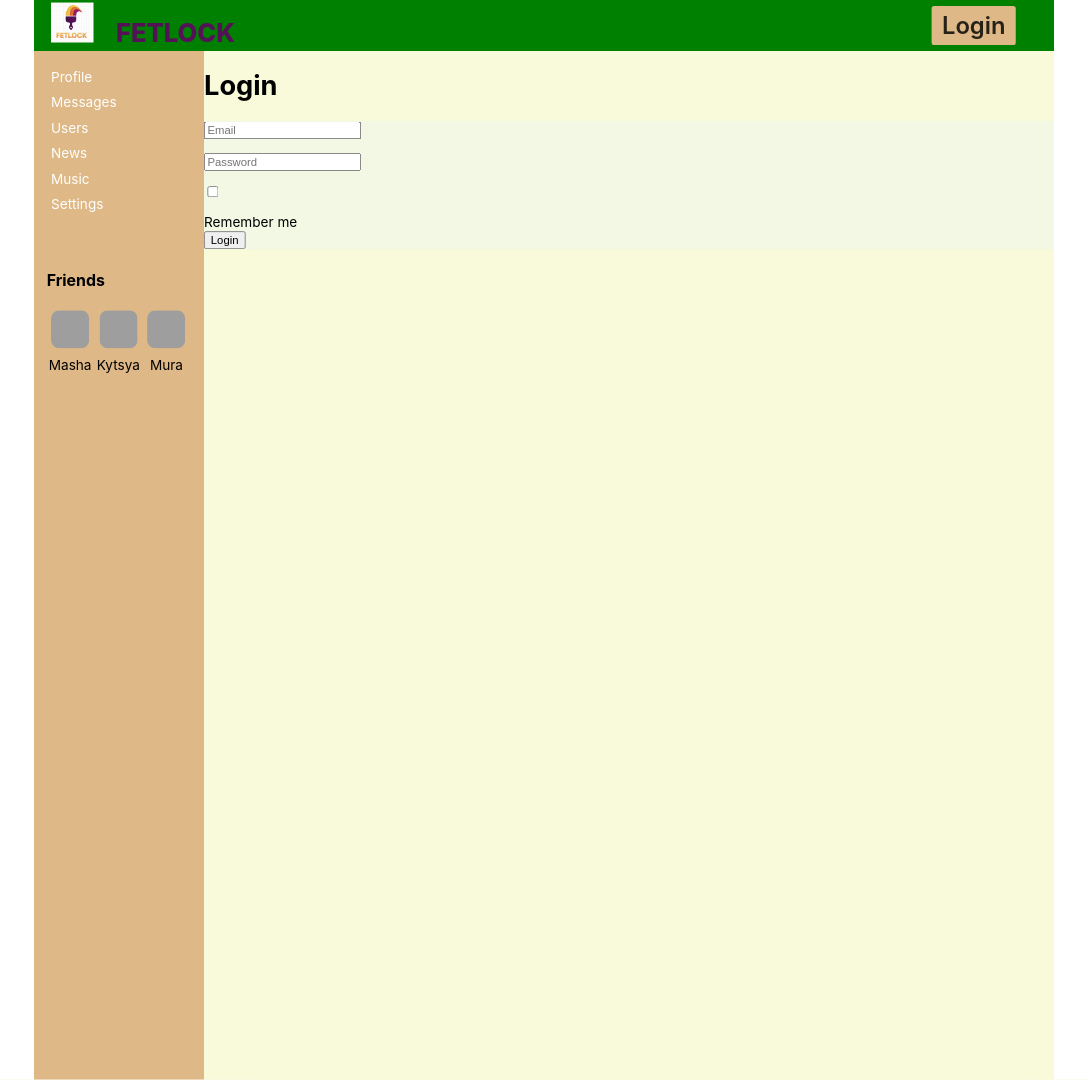
Repository: tetianatsymbal/react-way-of-samurai
Page: /dialogs
These files come from the project's save history. The page is drawn as it stood at one moment and after the next save; the edit follows.
The browser window is 1280 px wide. The pictures show the whole page, at 85% of full size.
Pictures or frames that could not be fetched are drawn as grey boxes. The page's requests for data from a server got no answer. The project was rebuilt for these pictures with package versions that can differ from the ones it lists, and the page was loaded fresh each time. No one was signed in, and anything a server would have sent is missing. Also part of the build but not shown: src/components/Dialogs/Dialogs.module.css, src/components/Dialogs/DialogItem/DialogItem.module.css, src/components/Dialogs/DialogItem/DialogItem.jsx, src/components/Dialogs/Message/Message.module.css, src/components/Dialogs/Message/Message.jsx, src/components/Dialogs/AddMessageForm/AddMessageForm.module.css, src/components/Dialogs/AddMessageForm/AddMessageForm.jsx, src/components/Dialogs/Dialogs.jsx and 18 more.

Above is the page before, as saved 2022-08-22 14:01:00.

### src/index.js
import * as serviceWorker from "./serviceWorker";
import store from "./redux/redux-store";
import React from "react";
import ReactDOM from "react-dom";
import "./index.css";
import App from "./App";
import { BrowserRouter } from "react-router-dom";
import { Provider } from "react-redux";

ReactDOM.render(
  <BrowserRouter>
    <Provider store={store}>
      <App/>
    </Provider>
  </BrowserRouter>,
  document.getElementById("root")
);

// If you want your app to work offline and load faster, you can change
// unregister() to register() below. Note this comes with some pitfalls.
// Learn more about service workers: http://bit.ly/CRA-PWA
serviceWorker.unregister();

### src/redux/redux-store.js
import { applyMiddleware, combineReducers, legacy_createStore as createStore } from "redux";
import profileReducer from "./profile-reducer";
import dialogsReducer from "./dialogs-reducer";
import sidebarReducer from "./sidebar-reducer";
import usersReducer from "./users-reducer";
import authReducer from "./auth-reducer";
import thunkMiddleware from "redux-thunk";
import { reducer as formReducer } from 'redux-form';

let reducers = combineReducers({
   profilePage: profileReducer,
   dialogsPage: dialogsReducer,
   sidebar: sidebarReducer,
   usersPage: usersReducer,
   auth: authReducer,
   form: formReducer,
});
let store = createStore(reducers, applyMiddleware(thunkMiddleware));

window.store =store;

export default store;

### src/App.js
import React from "react";
import "./App.css";
import DialogsContainer from "./components/Dialogs/DialogsContainer";
import HeaderContainer from "./components/Header/HeaderContainer";
import Music from "./components/Music/Music";
import Navbar from "./components/Navbar/Navbar";
import News from "./components/News/News";
import Settings from "./components/Settings/Settings";
import SidebarContainer from "./components/Sidebar/SidebarContainer";
import UsersContainer from "./components/Users/UsersContainer";
import { Route, Routes } from "react-router-dom";
import ProfileContainer from "./components/Profile/ProfileContainer";
import LoginPage from "./components/Login/Login";

const App = (props) => {
  return (
    <div className="app-wrapper">
      <HeaderContainer />
      <Navbar />
      <SidebarContainer/>
      <div className="app-wrapper-content">
        <Routes>
          <Route
            path="/dialogs/*"
            element={<DialogsContainer />} />
          <Route
            path="/profile"
            element={<ProfileContainer key={1} />} exact/>
          <Route
            path="/profile/:userId"
            element={<ProfileContainer key={2} />} />
          <Route path="/users/*" element={<UsersContainer />} />
          <Route path="/news/*" element={<News />} />
          <Route path="/music/*" element={<Music />} />
          <Route path="/login/*" element={<LoginPage />} />ы
          <Route path="/settings/*" element={<Settings />} />

        </Routes>
      </div>
    </div>
  );
};

export default App;

### src/redux/profile-reducer.js
import {profileAPI, usersAPI} from '../api/api';

const ADD_POST = "ADD-POST";
const SET_USER_PROFILE = "SET_USER_PROFILE";
const SET_STATUS = "SET_STATUS";

let initialState = {
  posts: [
    { id: 1, message: "Hi! How are you?", likeCount: 12 },
    { id: 2, message: "Hello! It's my first post!", likeCount: 7 },
    { id: 3, message: "Hi! Have a good day!!!", likeCount: 23 },
    { id: 4, message: "Have a good day!!!", likeCount: 190 },
  ],
  profile: null,
  status: "",
};


const profileReducer = (state = initialState, action) => {
  switch (action.type) {
    case ADD_POST:{
      let newPost = {
        id: 5,
        message: action.newPostText,
        likeCount: 0,
      };
      return {
        ...state,
        posts: [...state.posts, newPost],
        newPostText: ""
      };
    }

    case SET_STATUS:{
      return {
        ...state,
        status: action.status,
      };
    }
    case SET_USER_PROFILE:{
      return {
        ...state,
        profile: action.profile,
      };
    }


    default:
      return state;
  }
};

export const addPostActionCreator = (newPostText) => ({type: ADD_POST, newPostText});
export const setUserProfile = (profile) => ({type: SET_USER_PROFILE, profile});
export const setStatus = (status) => ({type: SET_STATUS, status});

export const getUserProfileThunk = (userId) => {
  return (dispatch) => {
    usersAPI.getProfile(userId)
    .then(response => {
      dispatch(setUserProfile(response.data));
    });
  }
};

export const getStatusThunk = (userId) => (dispatch) => {
  profileAPI.getStatus(userId)
  .then(response => {
    dispatch(setStatus(response.data))
  });
}
export const updateStatusThunk = (status) => (dispatch) => {
  profileAPI.updateStatus(status)
  .then(response => {
    if(response.data.resultCode === 0) {
      dispatch(setStatus(status))
    }
  });
}

export default profileReducer;

### src/redux/dialogs-reducer.js
const SEND_MESSAGE = "SEND-MESSAGE";

let initialState = {
  messages: [
    { id: 1, message: "Do you like React?" },
    { id: 2, message: "Everything will be ok!" },
    { id: 3, message: "Hi here! It's new opportunity for you!" },
    { id: 4, message: "Hi! It's for you!" },
  ],
  dialogs: [
    { id: 1, name: "Tanya" },
    { id: 2, name: "Olezhychka" },
    { id: 3, name: "Kytsya" },
    { id: 4, name: "Mura" },
  ]
}
const dialogsReducer = (state = initialState, action) => {
  switch (action.type) {
    case SEND_MESSAGE:
      return {
        ...state,
        messages: [...state.messages, {id: 6, message: action.newMessageBody}]
      };

    default:
      return state;
  }
};

export const sendMessageActionCreator = (newMessageBody) => ({type: SEND_MESSAGE, newMessageBody});

export default dialogsReducer;

### src/redux/sidebar-reducer.js
let initialState = {
  friends: [
    {
      id: 1,
      name: "Masha",
      src:
        "https://i.pinimg.com/564x/69/f7/50/69f7503539aa89c9c116e9ae1b240b57.jpg",
    },
    {
      id: 2,
      name: "Kytsya",
      src:
        "https://i.pinimg.com/564x/10/5e/af/105eaf02df542edc165dca355862c08b.jpg",
    },
    {
      id: 3,
      name: "Mura",
      src:
        "https://i.pinimg.com/564x/a7/8c/b8/a78cb811d0a73b880364de2886ad41c6.jpg",
    }
  ]
};
const sidebarReducer = (state = initialState, action) => {
  return state;
};
export default sidebarReducer;

### src/redux/auth-reducer.js
import { stopSubmit } from "redux-form";
import { authAPI } from "../../src/api/api"

const SET_USER_DATA = "ADD-SET_USER_DATA";

let initialState = {
  id: null,
  email: null,
  login: null,
  isAuth: false
  // isFetching: false,
};


const authReducer = (state = initialState, action) => {
  switch (action.type) {
    case SET_USER_DATA:{
      return {
        ...state,
        ...action.payload
      }
    }



    default:
      return state;
  }
};

export const setAuthUserData = (id, email, login, isAuth) => ({type: SET_USER_DATA, payload: {id, email, login, isAuth}});

export const getAuthThunk = () => {
  return (dispatch) => {
    authAPI.getAuth()
    .then(data => {
        if (data.resultCode === 0) {
            let {id, email, login} = data.data;
            dispatch(setAuthUserData(id, email, login, true));
        }
    });
  }
};


export const login = (email, password, rememberMe) => (dispatch)=>{
  let action = stopSubmit("login", {_error: "Please, check your login or email."});
  dispatch(action);
  return;
  return (dispatch) => {
    authAPI.login(email, password, rememberMe)
    .then(data => {
        if (data.resultCode === 0) {
            dispatch(getAuthThunk());
        }
    });
  }
};

export const logout = () => (dispatch) => {
  return (dispatch) => {
    authAPI.logout()
    .then(data => {
        if (data.resultCode === 0) {
          dispatch(setAuthUserData(null, null, null, false));
        }
    });
  }
};



export default authReducer;

### src/App.css
.app-wrapper {
  margin: 0 auto;
  display: grid;
  width: 1200px;
  grid-template-areas:
  "h h"
  "n c"
  "s c";

   grid-template-rows: 60px 2fr 9fr;
    grid-template-columns: 2fr 10fr;
    /* grid-gap: 10px; */

}
.nav {
  grid-area: n;
  background-color: burlywood;
}
.app-wrapper-content {
  grid-area: c;
  background-color: rgb(248, 250, 218);
}
.sidebar {
  grid-area: s;
}

### src/components/Dialogs/DialogsContainer.jsx
import React from 'react';
import { connect } from "react-redux";
import { compose } from 'redux';
import { withAuthRedirect } from "../../hoc/withAuthRedirect";
import {sendMessageActionCreator} from "../../redux/dialogs-reducer";
import Dialogs from "./Dialogs";

let mapStateToProps = (state) => {
  return {
    dialogsPage: state.dialogsPage
  }
}

let mapDispatchToProps = (dispatch) => {
  return {
    sendMessage: (newMessageBody) => {
      dispatch(sendMessageActionCreator(newMessageBody));
    }
  }
}

// let AuthRedirectComponent = withAuthRedirect(Dialogs);

// const DialogsContainer = connect(mapStateToProps, mapDispatchToProps)(AuthRedirectComponent);

export default compose(
  connect(mapStateToProps, mapDispatchToProps),
  withAuthRedirect
)(Dialogs);
// check maybe should be DialogsContainer in () 32 row

### src/components/Header/HeaderContainer.jsx
import React from 'react';
import Header from './Header';
import { connect } from 'react-redux';
import { getAuthThunk, logout } from '../../redux/auth-reducer';


class HeaderContainer extends React.Component {

    componentDidMount(){
        this.props.getAuthThunk();

    }
    render() {
        return <Header {...this.props}/>
    }
}

const mapStateToProps = (state) => {
    return {
        isAuth: state.auth.isAuth,
        login: state.auth.login
    }
};

export default connect(mapStateToProps, {getAuthThunk, logout})(HeaderContainer);

### src/components/Navbar/Navbar.jsx
import React from 'react';
import s from './Navbar.module.css';
import { NavLink } from 'react-router-dom';

const Navbar = () => {
    return <nav className={s.nav}>
        <div className={s.item}>
            <NavLink to="/profile" className = { navData => navData.isActive ? s.active : s.item }>Profile</NavLink>
        </div>
        <div className={`${s.item} ${s.active}`}>
            <NavLink to="/dialogs" className = { navData => navData.isActive ? s.active : s.item }>Messages</NavLink>
        </div>
        <div className={s.item}>
            <NavLink to="/users" className = { usersData => usersData.isActive ? s.active : s.item }>Users</NavLink>
        </div>
        <div className={s.item}>
            <NavLink to="/news" className = { navData => navData.isActive ? s.active : s.item }>News</NavLink>
        </div>
        <div className={s.item}>
            <NavLink to="/music" className = { navData => navData.isActive ? s.active : s.item }>Music</NavLink>
        </div>
        <div className={s.item}>
            <NavLink to="/settings" className = { navData => navData.isActive ? s.active : s.item }>Settings</NavLink>
        </div>
    </nav>
}

export default Navbar;

### src/components/Sidebar/SidebarContainer.jsx
import {connect} from "react-redux";
import Sidebar from "./Sidebar"

const mapStateToProps = (state) => {
  return {
    sidebar: state.sidebar,
  }
};
// const mapDispatchToProps = (dispatch) => {
//   return {
//     null
//   }
// };

const SidebarContainer = connect(mapStateToProps, null)(Sidebar)

export default SidebarContainer;

### src/components/Login/Login.jsx
import React from "react";
import { connect } from "react-redux";
import { Field, reduxForm } from "redux-form";
import { required } from "../../utils/validators/validator";
import { Input } from "../common/FormsControls/FormsControls";
import { login } from "../../redux/auth-reducer";
import { Navigate } from "react-router-dom";
import style from "./../common/FormsControls/FormsControls.module.css"

const LoginForm = (props) => {
  return (
   <form onSubmit={props.handleSubmit} className={style.loginForm}>
      <div>
         <Field placeholder={"Email"} name={"email"} component={Input} validate={[required]}/>
      </div>
      <div>
         <Field placeholder={"Password"} name={"password"} component={Input} validate={[required]} type="password"/>
      </div>
      <div>
         <Field name={"rememberMe"} type={"checkbox"} component={Input} /> <span>Remember me</span>
      </div>
      { props.error && <div className={style.formSummaryError}>{props.error}</div>}
      <div>
         <button>Login</button>
      </div>
   </form>

  );
};
const LoginReduxForm = reduxForm ({form: 'login'})(LoginForm);

const Login = (props) => {
   const onSubmit = (formData) =>{
      props.login(formData.email, formData.password, formData.rememberMe);
   }
   if (props.isAuth) {
      return <Navigate to= {"/profile"}></Navigate>
   }
   return (
     <div>
       <h1>Login</h1>
      <LoginReduxForm onSubmit={onSubmit}/>
     </div>
   );
 };
 const mapStateToProps = (state) =>({
   isAuth: state.auth.isAuth
 })
export default connect(mapStateToProps, {login })(Login);

### src/api/api.js
import * as axios from "axios";

const axiosInstance = axios.create({
  baseURL: `https://social-network.samuraijs.com/api/1.0/`,
  withCredentials: true,
  headers: { "API-KEY": "8ac57bdd-335d-4484-97e6-aa82dc13f9bd" },
});

export const usersAPI = {
  getUsers(currentPage, pageSize) {
   return (
    axiosInstance.get(`users?page=${currentPage}&count=${pageSize}`)
     .then (response => response.data)
   );
  },
  deleteFollowing(userId) {
    return (
     axiosInstance.delete(`follow/${userId}`)
     .then (response => response.data)
    );
  },
  doFollowing(userId) {
    return (
     axiosInstance.post(`follow/${userId}`, {})
     .then (response => response.data)
    );
  },

  getProfile(userId) {
    console.warn("Obsolete method. Please use authAPI object");
    return profileAPI.getProfile(userId);
   },
};

export const profileAPI = {
  getProfile(userId) {
    return (
      axiosInstance.get(`profile/` + userId)
    );
  },
  getStatus(userId){
    return(
      axiosInstance.get(`profile/status/` + userId)
    );
  },
  updateStatus(status){
    return(
      axiosInstance.put(`profile/status`, {status: status})
    );
  },
};


export const authAPI = {
  getAuth() {
    return (
     axiosInstance.get(`auth/me`)
     .then (response => response.data)
    );
  },
  login(email, password, rememberMe = false) {
    return (
    axiosInstance.post(`auth/login`, {email, password, rememberMe})
    .then (response => response.data)
    );
  },
  logout() {
    return (
    axiosInstance.delete(`auth/login`)
    .then (response => response.data)
    );
  }
}

### src/hoc/withAuthRedirect.js
import React from "react";
import { connect } from "react-redux";
import { Navigate } from "react-router-dom";


let mapStateToPropsForRedirect = (state) => ({
   isAuth: state.auth.isAuth,
});

export const withAuthRedirect = (Component) => {
   class RedirectComponent extends React.Component {
      render() {
         if (!this.props.isAuth) return <Navigate to={"/Login"}/>;
         return <Component {...this.props} />;
      }
   }
   let ConnectedAuthRedirectComponent = connect(mapStateToPropsForRedirect)(RedirectComponent);

   return ConnectedAuthRedirectComponent;
};

### src/components/Header/Header.jsx
import React from "react";
import s from "./Header.module.css";
import logo from "../../assets/logo.jpg";

const Header = (props) => {
  return (
    <header className={s.header}>
      <div className={s.label}>
        <img src={logo} />
        <span className={s.socialName}> FETLOCK </span>
      </div>
      <div className={s.loginBlock}>
      { props.isAuth
      ? <div> {props.login}  - <button onClick={props.logout}>Log out</button></div>
      : <a href="/login">Login</a> }
      </div>
    </header>
  );
};

export default Header;

### src/components/Navbar/Navbar.module.css

.nav {
  grid-area: n;
  background-color: burlywood;
  padding: 20px;
}
.item {
  color: white;
  text-decoration: none;
  margin-bottom: 10px;
}
.active {
  color: green;
  text-decoration: none;
}

### src/components/Sidebar/Sidebar.jsx
import React from "react";
import s from "./Sidebar.module.css";
import { NavLink } from "react-router-dom";

const Sidebar = (props) => {
  let path = "/dialogs/" + props.sidebar.friends.id;
  let friendsElements = props.sidebar.friends.map((f) => (
    <NavLink to={path}>
      <div className={s.friend}>
        <div>
          <img className={s.friendImg} src={f.src} />
        </div>
        <div>{f.name}</div>
      </div>
    </NavLink>
  ));

  return (
    <div className={s.sidebar}>
      <h3>Friends</h3>
      <div className={s.friends}>
        {friendsElements}
        <div />
      </div>
    </div>
  );
};

export default Sidebar;

### src/utils/validators/validator.js
export const required = (value) => {
 if (value) return undefined;
 return "Field is required";
}

export const maxLengthCreator = (maxLength) => (value) => {
 if (value.length > maxLength) {
   return `Max length is ${maxLength} symbols`;
  } return undefined;
}

### src/components/common/FormsControls/FormsControls.js
import React from "react";
import style from "./FormsControls.module.css";

export const FormControl = ({input, meta, ...props}) => {
   const hasError = meta.touched && meta.error;
   return (
      <div className={style.formControl + " " + (hasError? style.error : "")}>
         { hasError && <span>{meta.error}</span> }
         <div>
            {props.children}
         </div>
      </div>
   )
}
export const Textarea = (props) => {
   const {input, meta, ...restProps} = props;
   return <FormControl {...props}><textarea {...input} {...restProps}/></FormControl>

}
export const Input = (props) => {
   const {input, meta, ...restProps} = props;
   return <FormControl {...props}><input {...input} {...restProps}/></FormControl>
}

### src/components/common/FormsControls/FormsControls.module.css
.formControl{
margin-bottom: 15px;
}

.formControl.error input,
.formControl.error textarea {
   border: solid indianred 2px;
   margin-top: 10px;
}
.formControl.error span {
   color: indianred;
}
.loginForm {
   background-color: rgba(229, 241, 252, 0.3) ;
}
.formSummaryError{
   width: 30%;
   border: 1px solid tomato;
   background-color: cornsilk;
   color: indianred;
   font-size: 16px;
   text-align: center;
   padding: 3px;
   margin: 20px 10px;
}

### src/components/Header/Header.module.css
.header {
  grid-area: h;
  background-color: green;
  display: flex;
  justify-content: space-between;
  align-items: center;
}
.header img {
  width: 50px;
  margin: 0 20px;
}
.socialName{
  color: #541256;
  font-size: 30px;
  font-weight: 800;
  text-transform: uppercase;
  text-align: center;
}
.loginBlock {
  align-items: center;
  margin-right: 45px;
  color: blanchedalmond;
  font-size: 28px;
  font-weight: 600;
}
.loginBlock a {
  background-color: burlywood;
  color: #272118;
  border-radius: 3px;
  text-decoration: none;
  padding: 6px 12px;
  text-transform: all 500ms ease;
}
.loginBlock:hover a {
  background-color: #dba058;
}

### src/components/Sidebar/Sidebar.module.css
.sidebar {
  background-color: burlywood;
  padding: 20px 15px;
}
.friends {
 display: flex;
 flex-direction: row;
 justify-content: space-between;
}
.friends a {
  display: block;
  align-items: center;
  text-align: center;
  text-decoration: none;
  color: black;
}
.friendImg{
  width: 45px;
  height: 45px;
  border-radius: 10px;
  margin: 5px;
}
.friend {
}

Loaded but not shown: public/index.html (common file); src/serviceWorker.js (common file); src/index.css (common file); src/redux/users-reducer.js (186 lines, source omitted); src/components/Music/Music.module.css (no stored copy; drawn as an empty file); src/components/Profile/Profile.module.css (no stored copy; drawn as an empty file); src/components/Settings/Settings.module.css (no stored copy; drawn as an empty file)

After the next save:
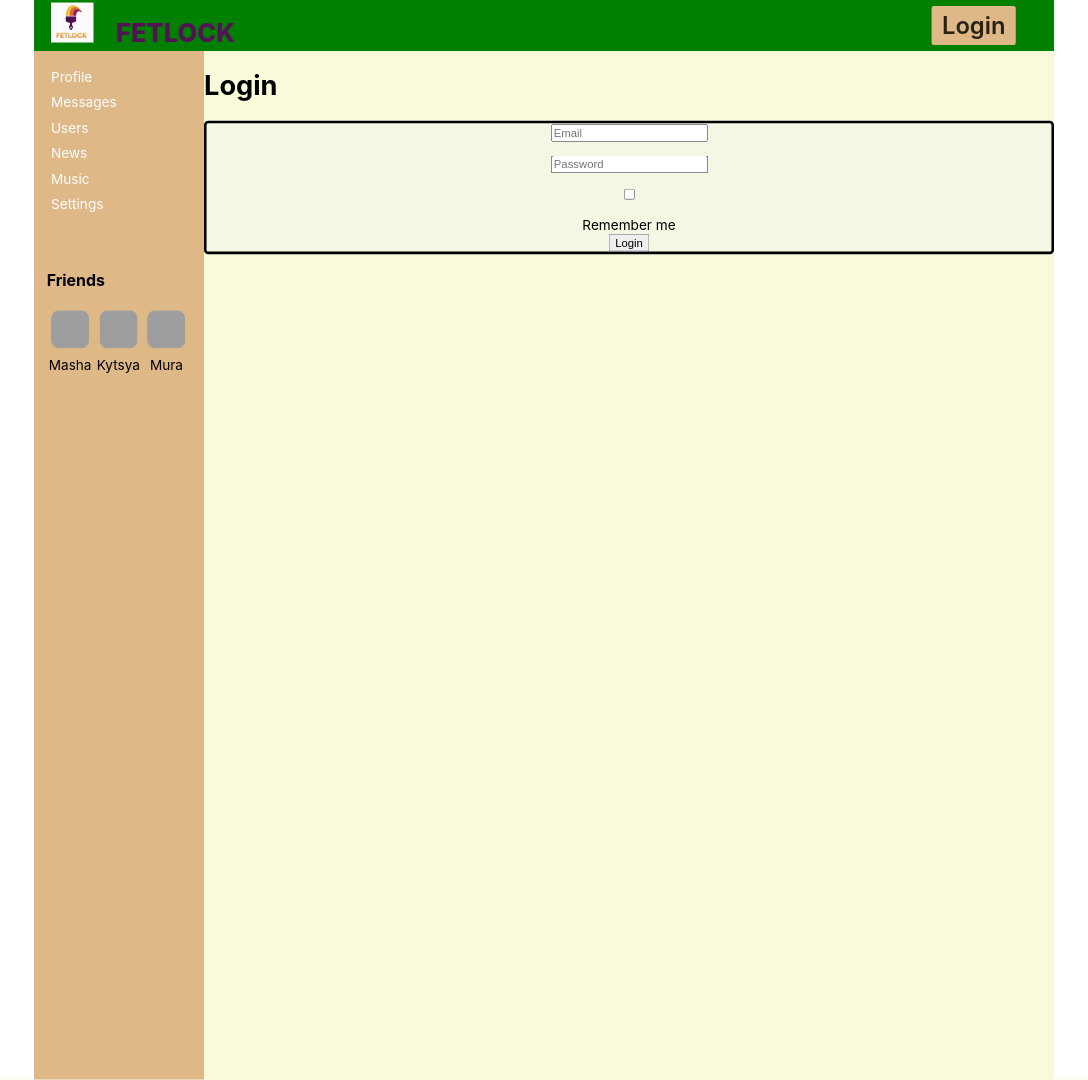
Saved 88 s later.
--- a/src/components/common/FormsControls/FormsControls.module.css
+++ b/src/components/common/FormsControls/FormsControls.module.css
@@ -11,7 +11,11 @@ margin-bottom: 15px;
    color: indianred;
 }
 .loginForm {
-   background-color: rgba(229, 241, 252, 0.3) ;
+   text-align: center;
+   margin: 0 auto;
+   background-color: rgba(229, 241, 252, 0.3);
+   border: black 3px solid;
+   border-radius: 5px;
 }
 .formSummaryError{
    width: 30%;
